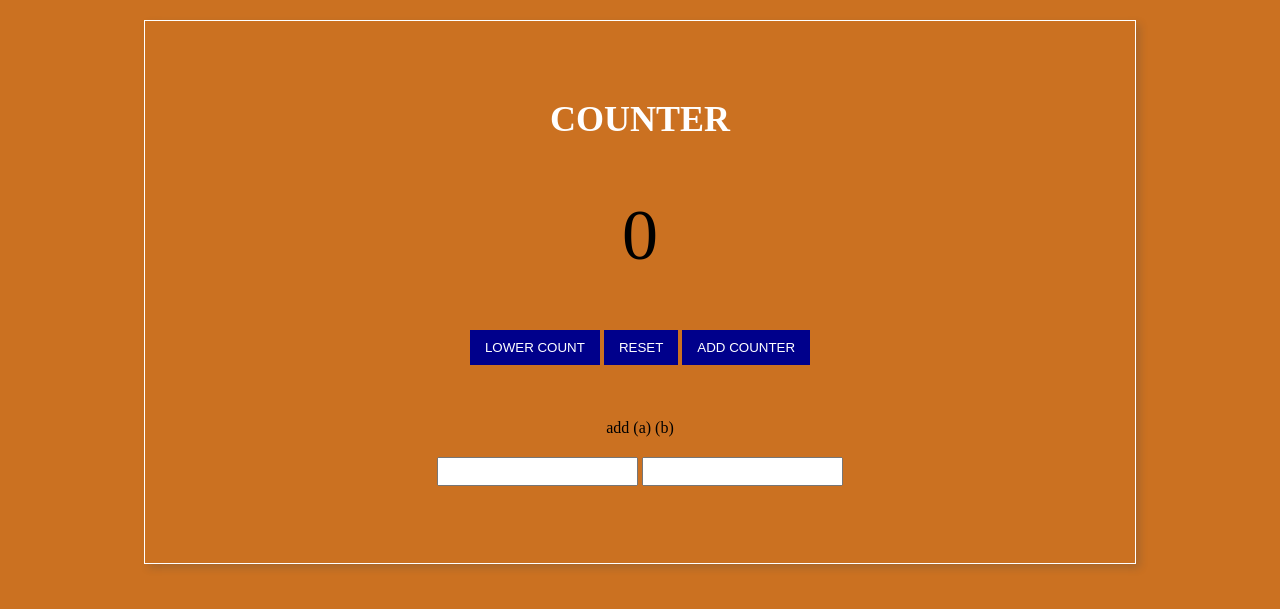
Repository: lusine-tech/counter
Page: index.html
These files come from the project's save history. The page is drawn as it stood at one moment and after a run of saves; the edit follows.
The browser window is 1280 px wide. The pictures show the whole page.

Above is the page before, as saved 2022-02-14 23:21:58.
Console error: SyntaxError: Identifier 'leftInput' has already been declared

After the next 6 saves:
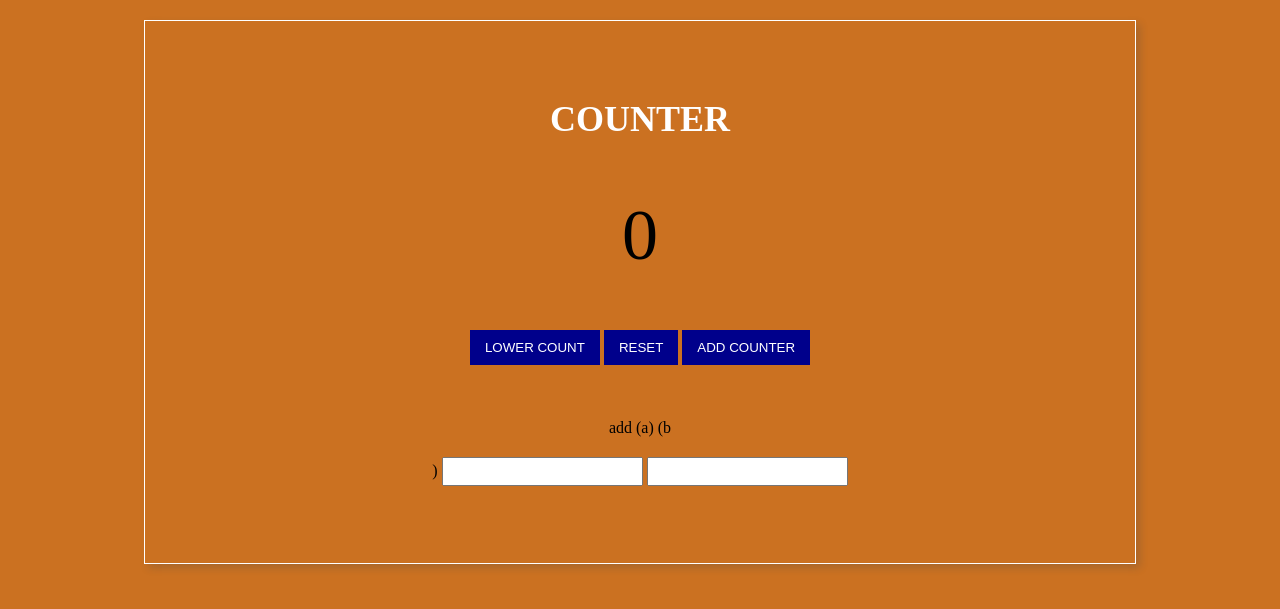
The 6 saves are shown as one change because they came seconds apart.
The last was saved 19 s later.
--- a/index.html
+++ b/index.html
@@ -19,7 +19,7 @@
     </div>
     <div class="inputs">
         <div class="sum">add (<span class="left-input">a</span>)
-            <span class="right-input">(b)</span></div>
+            (<span class="right-input">b</span></div>)
             <input type="number" class="left-number">
             <input type="number" class="right-number">
     </div>
